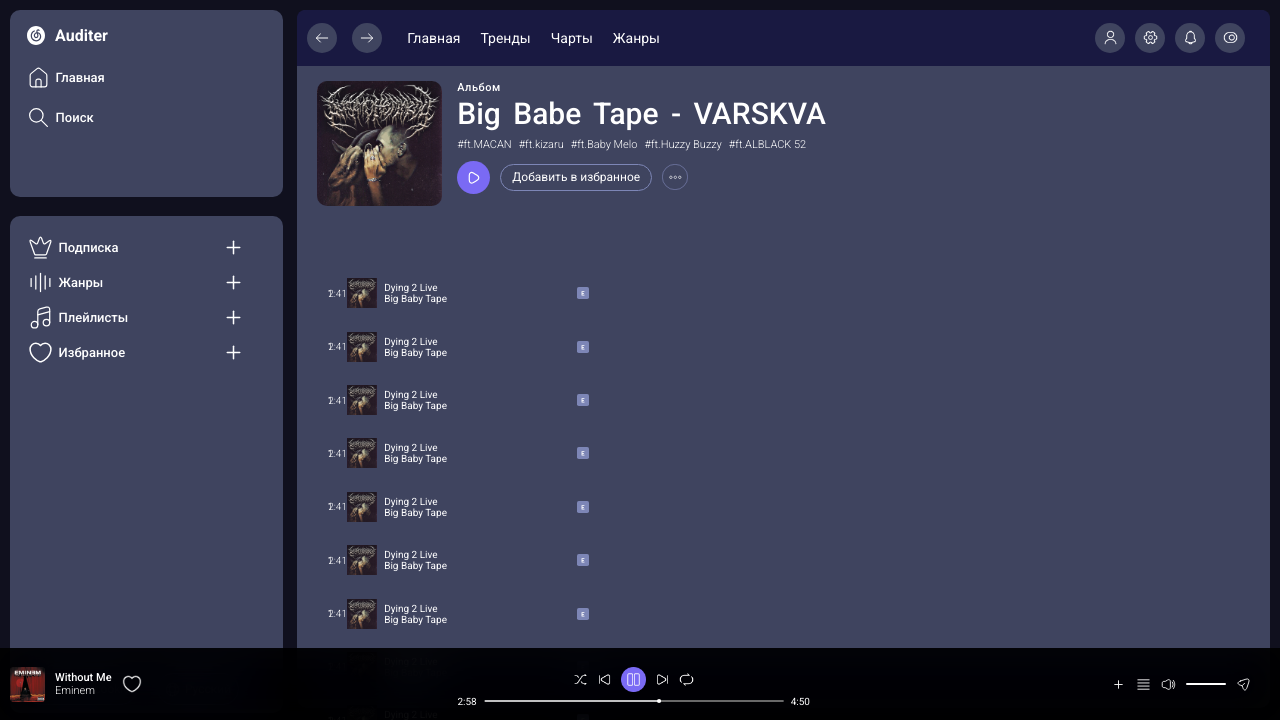
Repository: MaksimKrupkin/music_app
Page: /tracklist
These files come from the project's save history. The page is drawn as it stood at one moment and after a run of saves; the edit follows.
The browser window is 1280 px wide. The pictures show the whole page.
The project was rebuilt for these pictures with package versions that can differ from the ones it lists, and the page was loaded fresh each time. Also part of the build but not shown: vite.config.ts, src/Pages/MainPage_demo/MainPage_demo.module.scss, src/Components/MainScreenDemo/MainScreenDemo.module.scss, src/Components/MainScreenHeaderDemo/MainScreenHeaderDemo.module.scss, src/Components/MainScreenHeaderDemo/MainScreenHeaderDemo.tsx, src/Components/MainScreenDemo/Charts/Charts.module.scss, src/Components/MainScreenDemo/Charts/Charts.tsx, src/Components/Card/Card.module.scss and 11 more.

Above is the page before, as saved 2024-02-26 11:32:46.

### index.html
<!DOCTYPE html>
<html lang="en">
  <head>
    <link rel="preconnect" href="https://fonts.googleapis.com" />
    <link rel="preconnect" href="https://fonts.gstatic.com" crossorigin />
    <link
      href="https://fonts.googleapis.com/css2?family=Roboto:ital,wght@0,100;0,300;0,400;0,500;0,700;0,900;1,100;1,300;1,400;1,500;1,700;1,900&display=swap"
      rel="stylesheet" />

    <meta charset="UTF-8" />
    <link rel="icon" type="image/svg+xml" href="/vite.svg" />
    <meta name="viewport" content="width=device-width, initial-scale=1.0" />
    <title>Auditer</title>
  </head>
  <body>
    <div id="root"></div>
    <script type="module" src="/src/main.tsx"></script>
  </body>
</html>

### src/App.tsx
import React from 'react';
import './App.scss';
import MainPage_demo from './Pages/MainPage_demo/MainPage_demo';
import Login from './Pages/Login/Login';
import { BrowserRouter, Routes, Route } from 'react-router-dom';
import Registration from './Pages/Registration/Registration';
import MainPage from './Pages/MainPage/MainPage';
import TrackList from './Pages/TrackList/TrackList';

function App() {
  return (
    <BrowserRouter>
      <Routes>
        <Route path="/user" element={<MainPage_demo />} />
        <Route path="/" element={<MainPage />} />
        <Route path="/tracklist" element={<TrackList />} />
        <Route path="/login" element={<Login />} />
        <Route path="/registration" element={<Registration />} />
      </Routes>
    </BrowserRouter>
  );
}

export default App;

### src/App.scss
* {
  margin: 0;
  padding: 0;
  border: 0;
  vertical-align: baseline;
  font-family: 'Roboto', sans-serif;
}
a,
a:link,
a:visited {
  text-decoration: none;
}
input:focus,
input:active,
button:focus,
button:active {
  outline: none;
}
#root {
  overflow-y: auto;
}

### src/Pages/TrackList/TrackList.tsx
import React from 'react';
import styles from './TrackList.module.scss';
import HigherSidebar from '../../Components/HigherSidebar/HigherSidebar';
import LowerSidebar from '../../Components/LowerSidebar/LowerSidebar';
import MainScreen from '../../Components/MainScreen/MainScreen';
import Playbar from '../../Components/Playbar/Playbar';
import TrackListScreen from '../../Components/TrackListScreen/TrackListScreen';

export default function TrackList() {
  return (
    <div className={styles.app_wrapper}>
      <div className={styles.wrapper}>
        <HigherSidebar />
        <LowerSidebar />
        <TrackListScreen />
        <Playbar />
      </div>
    </div>
  );
}

### src/Components/HigherSidebar/HigherSidebar.tsx
import React from 'react';
import styles from './HigherSidebar.module.scss';
import logo from '../../assets/img/logo.svg';
import home from '../../assets/img/home.svg';
import search from '../../assets/img/Search.svg';

export default function HigherSidebar() {
  return (
    <aside className={styles.higherSidebar}>
      <div className={styles.logo_wrapper}>
        <img className={styles.logo} src={logo} alt="Лого" />
        <strong className={styles.logo_text}>Auditer</strong>
      </div>
      <a className={styles.link_wrapper}>
        <img className={styles.img} src={home} alt="" />
        <span className={styles.text}>Главная</span>
      </a>
      <a className={styles.link_wrapper}>
        <img className={styles.img} src={search} alt="" />
        <span className={styles.text}>Поиск</span>
      </a>
    </aside>
  );
}

### src/Components/LowerSidebar/LowerSidebar.tsx
import React from 'react';
import styles from './LowerSidebar.module.scss';
import subscribe from '../../assets/img/subscribe.svg';
import plus from '../../assets/img/add.svg';
import genres from '../../assets/img/genres.svg';
import cookie from '../../assets/img/cookie.svg';
import language from '../../assets/img/language.svg';
import playlists from '../../assets/img/playlists.svg';
import favorites from '../../assets/img/favorite.svg';

export default function LowerSidebar() {
  return (
    <aside className={styles.lowerSidebar}>
      <div className={styles.link_wrapper}>
        <img className={styles.img} src={subscribe} alt="" />
        <span className={styles.text}>Подписка</span>
        <div className={styles.plus_wrapper}>
          <img className={styles.plus} src={plus} alt="" />
        </div>
      </div>
      <div className={styles.link_wrapper}>
        <img className={styles.img} src={genres} alt="" />
        <span className={styles.text}>Жанры</span>
        <div className={styles.plus_wrapper}>
          <img className={styles.plus} src={plus} alt="" />
        </div>
      </div>
      <div className={styles.link_wrapper}>
        <img className={styles.img} src={playlists} alt="" />
        <span className={styles.text}>Плейлисты</span>
        <div className={styles.plus_wrapper}>
          <img className={styles.plus} src={plus} alt="" />
        </div>
      </div>
      <div className={styles.link_wrapper}>
        <img className={styles.img} src={favorites} alt="" />
        <span className={styles.text}>Избранное</span>
        <div className={styles.plus_wrapper}>
          <img className={styles.plus} src={plus} alt="" />
        </div>
      </div>
      <div className={styles.bottom_elements}>
        <div className={styles.cookies_wrapper}>
          <img className={styles.img} src={cookie} alt="" />
          <span className={styles.text}>Файлы cookie</span>
        </div>
        <div className={styles.language_wrapper}>
          <img className={styles.img} src={language} alt="" />
          <span className={styles.text}>Русский</span>
        </div>
      </div>
    </aside>
  );
}

### src/Components/Playbar/Playbar.tsx
import React from 'react';
import styles from './Playbar.module.scss';
import cover from '../../assets/img/cover.png';
import like from '../../assets/img/like.png';
import mix from '../../assets/img/mix.png';
import prev from '../../assets/img/prev.png';
import pause from '../../assets/img/pause.png';
import next from '../../assets/img/next.png';
import repeat from '../../assets/img/repeat.png';
import trackLine from '../../assets/img/trackLine.svg';
import add from '../../assets/img/add.svg';
import text from '../../assets/img/text.svg';
import volume from '../../assets/img/volume.svg';
import volumeBar from '../../assets/img/volumeBar.svg';
import send from '../../assets/img/send.svg';

export default function Playbar() {
  return (
    <div className={styles.wrapper}>
      <div className={styles.left_wrapper}>
        <img className={styles.image} src={cover} alt="" />
        <div className={styles.info}>
          <div className={styles.title}>Without Me</div>
          <div className={styles.author}>Eminem</div>
        </div>
        <img className={styles.like} src={like} alt="" />
      </div>
      <div className={styles.center_wrapper}>
        <div className={styles.top}>
          <img className={styles.image} src={mix} alt="" />
          <img className={styles.image} src={prev} alt="" />
          <img className={styles.image} src={pause} alt="" />
          <img className={styles.image} src={next} alt="" />
          <img className={styles.image} src={repeat} alt="" />
        </div>
        <div className={styles.bottom}>
          <span className={styles.time}>2:58</span>
          <img className={styles.trackLine} src={trackLine} alt="" />
          <span className={styles.time}>4:50</span>
        </div>
      </div>
      <div className={styles.right_wrapper}>
        <img className={styles.image} src={add} alt="" />
        <img className={styles.image} src={text} alt="" />
        <img className={styles.image} src={volume} alt="" />
        <img className={styles.volumeBar} src={volumeBar} alt="" />
        <img className={styles.image} src={send} alt="" />
      </div>
    </div>
  );
}

### src/Pages/TrackList/TrackList.module.scss
.app_wrapper {
  background-color: #10101e;
  height: 100vh; /* Растягиваем контейнер на всю высоту окна */
  overflow-y: auto;
}

.wrapper {
  box-sizing: border-box;
  width: 100vw;
  min-height: 100vh; /* Минимальная высота равна высоте видимой области окна браузера */
  background-color: #10101e;
  color: white;
  overflow-y: auto;
  overflow-y: auto;
}

### src/Components/TrackListScreen/TrackListScreen.tsx
import React from 'react';
import styles from './TrackListScreen.module.scss';
import MainScreenHeader from '../MainScreenHeader/MainScreenHeader';
import albom from '../../assets/img/albom4.jpg';
import play from '../../assets/img/play.svg';
import elseImg from '../../assets/img/else.svg';

import Track from './Track/Track';

export default function TrackListScreen() {
  return (
    <main className={styles.main}>
      <MainScreenHeader />
      <div className={styles.left_wrapper}>
        <div className={styles.top}>
          <img className={styles.cover} src={albom} alt="" />
          <span className={styles.type}>Альбом</span>
          <strong className={styles.info}>Big Babe Tape - VARSKVA</strong>
          <div className={styles.fits}>
            <span className={styles.fit_author}>#ft.MACAN</span>
            <span className={styles.fit_author}>#ft.kizaru</span>
            <span className={styles.fit_author}>#ft.Baby Melo</span>
            <span className={styles.fit_author}>#ft.Huzzy Buzzy</span>
            <span className={styles.fit_author}>#ft.ALBLACK 52</span>
          </div>
          <div className={styles.buttons}>
            <img className={styles.play_image} src={play} alt="" />
            <div className={styles.toFavorite_wrapper}>
              <div className={styles.toFavorite}>Добавить в избранное</div>
            </div>
            <img className={styles.elseImg} src={elseImg} alt="" />
          </div>
        </div>
        <div className={styles.trackList_wrapper}>
          <Track />
          <Track />
          <Track />
          <Track />
          <Track />
          <Track />
          <Track />
          <Track />
          <Track />
        </div>
      </div>

      <div className={styles.right_wrapper}></div>
    </main>
  );
}

### src/Components/HigherSidebar/HigherSidebar.module.scss
.higherSidebar {
  position: fixed;
  top: 0;
  box-sizing: border-box;
  display: flex;
  flex-direction: column;
  align-items: start;
  gap: 15px;
  width: 21.3%;
  height: 26%;
  margin: 10px;
  border-radius: 10px;
  background-color: #3f445f;
  padding-top: 16px;
  padding-left: 18.6px;
}

.logo_wrapper {
  box-sizing: border-box;
  margin-left: -2px;
  display: flex;
  flex-direction: row;
  justify-content: space-between;
  gap: 5px;
  align-items: center;
  width: 32%;
  margin-bottom: 5px;
}
.logo {
  width: 18.63px;
  height: 18.63px;
}
.logo_text {
  color: #fff;
  font-size: 16px;
  font-style: normal;
  font-weight: 600;
  line-height: normal;
}
.link_wrapper {
  margin-left: -3px;
  display: flex;
  align-items: center;
  gap: 5px;
  cursor: pointer;
  .img {
    width: 25px;
    height: 25px;
  }
  .text {
    font-size: 13px;
    font-weight: 500;
    transition: all 0.2s ease-in;
  }
  .text:hover {
    color: rgb(205, 205, 226);
  }
}

### src/Components/LowerSidebar/LowerSidebar.module.scss
.lowerSidebar {
  position: fixed;
  top: 30%;
  box-sizing: border-box;
  display: flex;
  flex-direction: column;
  align-items: space-between;
  gap: 5px;
  width: 21.3%;
  height: 69%;
  margin: 10px;
  margin-top: 0;
  border-radius: 10px;
  background-color: #3f445f;
  padding-top: 16px;
  padding-left: 20.6px;
  padding-right: 18.6px;
}
.link_wrapper {
  margin-left: -3px;
  display: flex;
  align-items: center;
  gap: 5px;
  cursor: pointer;
  .img {
    width: 25px;
    height: 25px;
  }
  .text {
    font-size: 13px;
    font-weight: 500;
    transition: all 0.2s ease-in;
    width: 155px;
    margin-left: 1px;
  }
  .text:hover {
    color: rgb(205, 205, 226);
  }
  .plus_wrapper {
    display: flex;
    align-items: center;
    justify-content: center;
    width: 30px;
    height: 30px;
    border-radius: 50%;
    transition: all 0.2s ease-in-out;
    .plus {
      margin: 0;
      padding: 0;
      width: 25px;
      height: 25px;
      border-radius: 50%;
    }
  }
  .plus_wrapper:hover {
    background-color: #484d69;
  }
}

.bottom_elements {
  position: inherit;
  bottom: 15px;
  left: 25px;
  display: flex;
  align-items: center;
  gap: 20px;
  .cookies_wrapper {
    border: 1.5px solid #7d86b6;
    border-radius: 25px;
    padding: 5px;
    width: 100px;
    height: 20px;
    display: flex;
    justify-content: center;
    gap: 5px;
    align-items: center;
    transition: all 0.2s ease-out;
    cursor: pointer;
  }
  .cookies_wrapper:hover {
    border: 1.5px solid white;
  }
  .language_wrapper {
    border: 1.5px solid #7d86b6;
    border-radius: 25px;
    padding: 5px;
    width: 70px;
    height: 20px;
    display: flex;
    gap: 5px;
    align-items: center;
    justify-content: center;
    transition: all 0.2s ease-out;
    cursor: pointer;
  }
  .language_wrapper:hover {
    border: 1.5px solid white;
  }
  .img {
    width: 15px;
  }
  .text {
    font-size: 12px;
  }
}

### src/Components/MainScreenHeader/MainScreenHeader.tsx
import React from 'react';
import styles from './MainScreenHeader.module.scss';
import leftArrow from '../../assets/img/leftArrow.svg';
import rightArrow from '../../assets/img/rightArrow.svg';
import { Link } from 'react-router-dom';
import user from '../../assets/img/user.png';
import setting from '../../assets/img/setting.png';
import notification from '../../assets/img/notification.png';
import eye from '../../assets/img/eye.png';

export default function MainScreenHeader() {
  return (
    <header className={styles.header}>
      <div className={styles.arrows}>
        <div className={styles.wrapper}>
          <img src={leftArrow} className={styles.arrow} alt="" />
        </div>
        <div className={styles.wrapper}>
          <img className={styles.arrow} src={rightArrow} alt="" />
        </div>
      </div>
      <nav className={styles.navigation}>
        <ul>
          <li>
            <a className={styles.link}>Главная</a>
          </li>
          <li>
            <a className={styles.link}>Тренды</a>
          </li>
          <li>
            <a className={styles.link}>Чарты</a>
          </li>
          <li>
            <a className={styles.link}>Жанры</a>
          </li>
        </ul>
      </nav>
      <div className={styles.buttons}>
        <Link to="" className={styles.link_wrapper}>
          <img className={styles.image} src={user} alt="" />
        </Link>
        <Link to="" className={styles.link_wrapper}>
          <img className={styles.image} src={setting} alt="" />
        </Link>
        <Link to="" className={styles.link_wrapper}>
          <img className={styles.image} src={notification} alt="" />
        </Link>
        <Link to="" className={styles.link_wrapper}>
          <img className={styles.image} src={eye} alt="" />
        </Link>
      </div>
    </header>
  );
}

### src/Components/Playbar/Playbar.module.scss
.wrapper {
  box-sizing: border-box;
  position: fixed;
  bottom: 0;
  width: 100%;
  padding-left: 10px;
  padding-right: 10px;
  height: 10%;
  background: rgba(0, 0, 0, 0.9);
  backdrop-filter: blur(20px) contrast(200%);

  display: flex;
  align-items: center;
  .left_wrapper {
    display: flex;
    align-items: center;
    width: 33%;
    gap: 10px;
    .image {
      width: 35px;
      height: 35px;

      border-radius: 1px;
    }
    .info {
      font-size: 11px;
      .title {
        font-weight: 500;
      }
      .author {
        font-weight: 300;
      }
    }
    .like {
      width: 20px;
      cursor: pointer;
    }
  }
  .center_wrapper {
    width: 33%;
    display: flex;
    flex-direction: column;
    align-items: center;
    .top {
      margin-top: 5px;
      display: flex;
      align-items: center;
      gap: 9px;
      .image {
        width: 15px;
        cursor: pointer;
      }
      .image:nth-child(3) {
        width: 25px;
      }
    }
    .bottom {
      margin-top: 4px;
      display: flex;
      align-items: center;
      gap: 7px;
      .trackLine {
        width: 300px;
        cursor: pointer;
      }
      .time {
        font-size: 10px;
      }
    }
  }
  .right_wrapper {
    box-sizing: border-box;
    width: 32.5%;
    display: flex;

    align-items: center;
    justify-content: flex-end;
    gap: 10px;
    .image {
      width: 15px;
      cursor: pointer;
    }
    .volumeBar {
      width: 40px;
      cursor: pointer;
    }
  }
}

### src/Components/TrackListScreen/TrackListScreen.module.scss
.main {
  box-sizing: border-box;
  position: fixed;
  top: 0;
  right: 0;
  margin: 10px;
  background-color: #3f445f;
  width: 76%;
  height: 97%;
  border-radius: 10px;
}
.left_wrapper {
  box-sizing: border-box;
  width: 65%;
  padding-left: 20px;
  padding-top: 10px;
}
.top {
  position: relative;
  height: 26vh;
  .cover {
    width: 125px;
    border-radius: 10px;
    position: absolute;
    left: 0;
    top: 0;
  }
  .type {
    position: absolute;
    left: 140px;
    top: 0;
    font-size: 11px;
    font-weight: 500;
    letter-spacing: 0.5px;
  }
  .info {
    position: absolute;
    left: 140px;
    top: 15px;
    font-size: 30px;
    font-weight: 500;
    word-spacing: 5px;
  }
  .fits {
    position: absolute;
    left: 140px;
    top: 57px;
    display: flex;
    align-items: center;
    gap: 7px;
    .fit_author {
      font-size: 11px;
      font-weight: 300;
    }
  }
  .buttons {
    position: absolute;
    left: 140px;
    top: 80px;
    display: flex;
    align-items: center;
    gap: 10px;
    .play_image {
      width: 33px;
      cursor: pointer;
    }
    .toFavorite_wrapper {
      display: flex;
      align-items: center;
      justify-content: center;
      width: 150px;
      height: 25px;
      border: 1px solid #7d86b6;
      border-radius: 15px;
      cursor: pointer;
      .toFavorite {
        font-size: 12px;
        font-weight: 400;
      }
    }
    .elseImg {
      width: 26px;
      cursor: pointer;
    }
  }
}
.trackList_wrapper {
  width: 100%;
  display: flex;
  flex-direction: column;
  align-items: center;
  gap: 3px;
}

### src/Components/TrackListScreen/Track/Track.tsx
import React from 'react';
import styles from './Track.module.scss';
import adults from '../../../assets/img/18+.svg';
import albom from '../../../assets/img/albom4.jpg';
import play from '../../../assets/img/play2.svg';
import like from '../../../assets/img/like.svg';
import more from '../../../assets/img/more.svg';

export default function Track() {
  return (
    <div className={styles.track_wrapper}>
      <div className={styles.number}>1</div>
      <img className={styles.play} src={play} alt="" />
      <img className={styles.cover} src={albom} alt="" />
      <div className={styles.info}>
        <span className={styles.title}>Dying 2 Live</span>
        <span className={styles.author}>Big Baby Tape</span>
      </div>
      <img className={styles.like} src={like} alt="" />
      <img className={styles.forAdults_image} src={adults} alt="" />
      <span className={styles.duration}>2:41</span>
      <img src={more} className={styles.more} alt="" />
    </div>
  );
}

### src/Components/MainScreenHeader/MainScreenHeader.module.scss
.header {
  position: sticky;
  top: 0;
  z-index: 1000;
  box-sizing: border-box;
  width: 100%;
  height: 8%;
  border-top-right-radius: 8px;
  border-top-left-radius: 8px;
  background-color: #191941;
  display: flex;
  align-items: center;
  padding: 5px;
  padding-left: 10px;
  margin-bottom: 5px;
}
.arrows {
  width: 75px;
  display: flex;
  align-items: center;
  justify-content: space-between;
  .wrapper {
    width: 30px;
    height: 30px;
    border-radius: 50%;
    background-color: #3f445f;
    display: flex;
    justify-content: center;
    align-items: center;
    transition: all 0.2s ease-in;
  }
  .wrapper:hover {
    background-color: #4a4f6c;
  }
  .arrow {
    width: 16px;
  }
}

.navigation {
  width: 500px;
  display: flex;
  align-items: center;
  margin-left: 25px;
  ul {
    list-style-type: none;
    display: flex;
    align-items: center;
    gap: 20px;
  }
  .link {
    font-size: 14px;
    cursor: pointer;
    transition: all 0.2s ease-in;
  }
  .link:hover {
    color: rgb(224, 217, 217);
  }
}

.buttons {
  display: flex;
  align-items: center;
  gap: 10px;
  position: absolute;
  right: 25px;
  .link_wrapper {
    width: 30px;
    height: 30px;
    border-radius: 50%;
    background-color: #3f445f;
    display: flex;
    justify-content: center;
    align-items: center;
    transition: all 0.2s ease-in;
  }

  .link_wrapper:hover {
    background-color: #555a78;
  }
  .image {
    width: 15px;
  }
}

### src/Components/TrackListScreen/Track/Track.module.scss
.track_wrapper {
  position: relative;
  width: 100%;
  height: 7vh;
  box-sizing: border-box;
  border-radius: 10px;
  display: flex;
  align-items: center;
  transition: all 0.1s ease-out;
  padding: 1px;
  cursor: pointer;

  .number {
    position: absolute;
    left: 0;
    display: block;
    width: 11px;
    margin-left: 10px;
    margin-right: 10px;
    font-size: 10px;
    font-weight: 300;
  }
  .play {
    position: absolute;
    left: 0;
    display: none;
  }
  .cover {
    position: absolute;
    left: 30px;
    width: 30px;
  }
  .info {
    position: absolute;
    left: 60px;
    margin-left: 7px;
    display: flex;
    flex-direction: column;
    width: 150px;
  }
  .title {
    font-size: 10px;
  }
  .author {
    font-size: 10px;
  }
  .like {
    position: absolute;
    left: 500px;
    display: none;
    width: 14px;
  }
  .forAdults_image {
    position: absolute;
    left: 240px;
    width: 12px;
    margin-left: 20px;
  }
  .duration {
    font-size: 10px;
    font-weight: 300;
    margin-left: 10px;
  }
  .more {
    width: 15px;
    display: none;
  }
}

.track_wrapper:hover {
  border: 1px solid #7d86b6;
  .play {
    display: block;
    width: 11px;
    margin-right: 10px;
    margin-left: 10px;
  }
  .number {
    display: none;
  }
  .like {
    display: block;
  }
  .more {
    display: block;
  }
}

Loaded but not shown: src/main.tsx (common file)

After the next 2 saves:
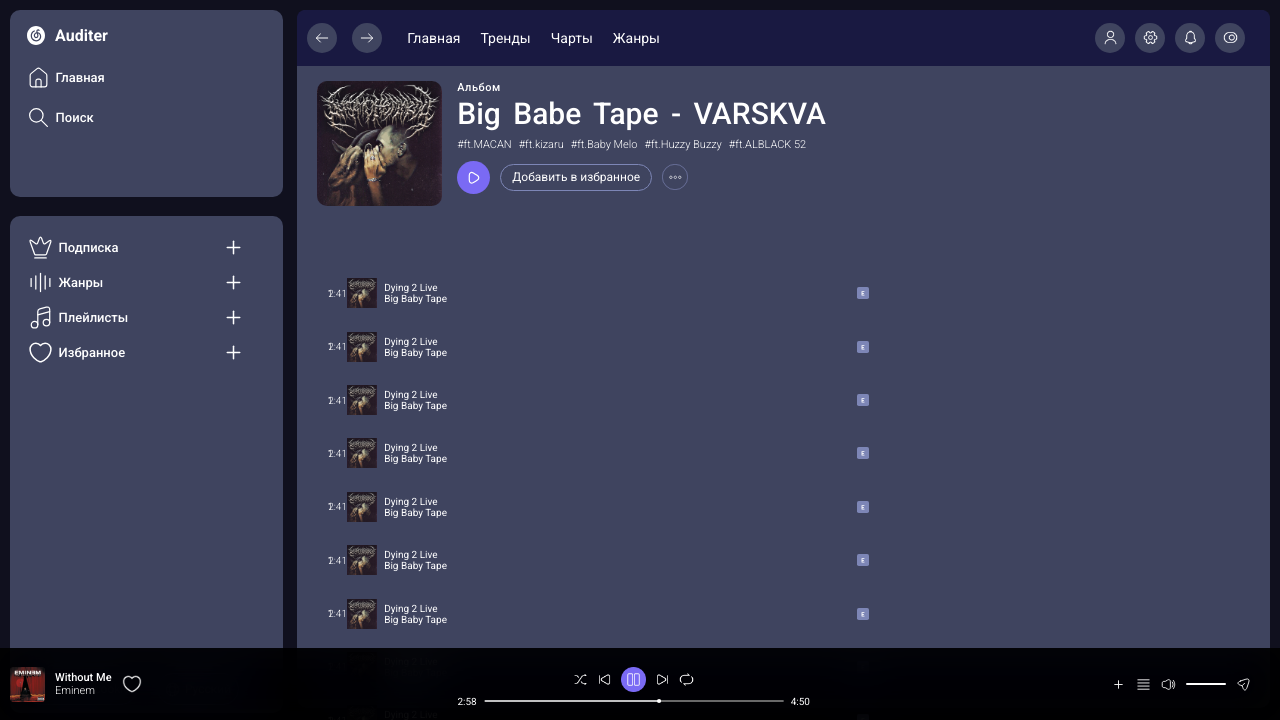
The 2 saves are shown as one change because they came seconds apart.
The last was saved 17 s later.
--- a/src/Components/TrackListScreen/Track/Track.module.scss
+++ b/src/Components/TrackListScreen/Track/Track.module.scss
@@ -52,7 +52,7 @@
   }
   .forAdults_image {
     position: absolute;
-    left: 240px;
+    left: 520px;
     width: 12px;
     margin-left: 20px;
   }
